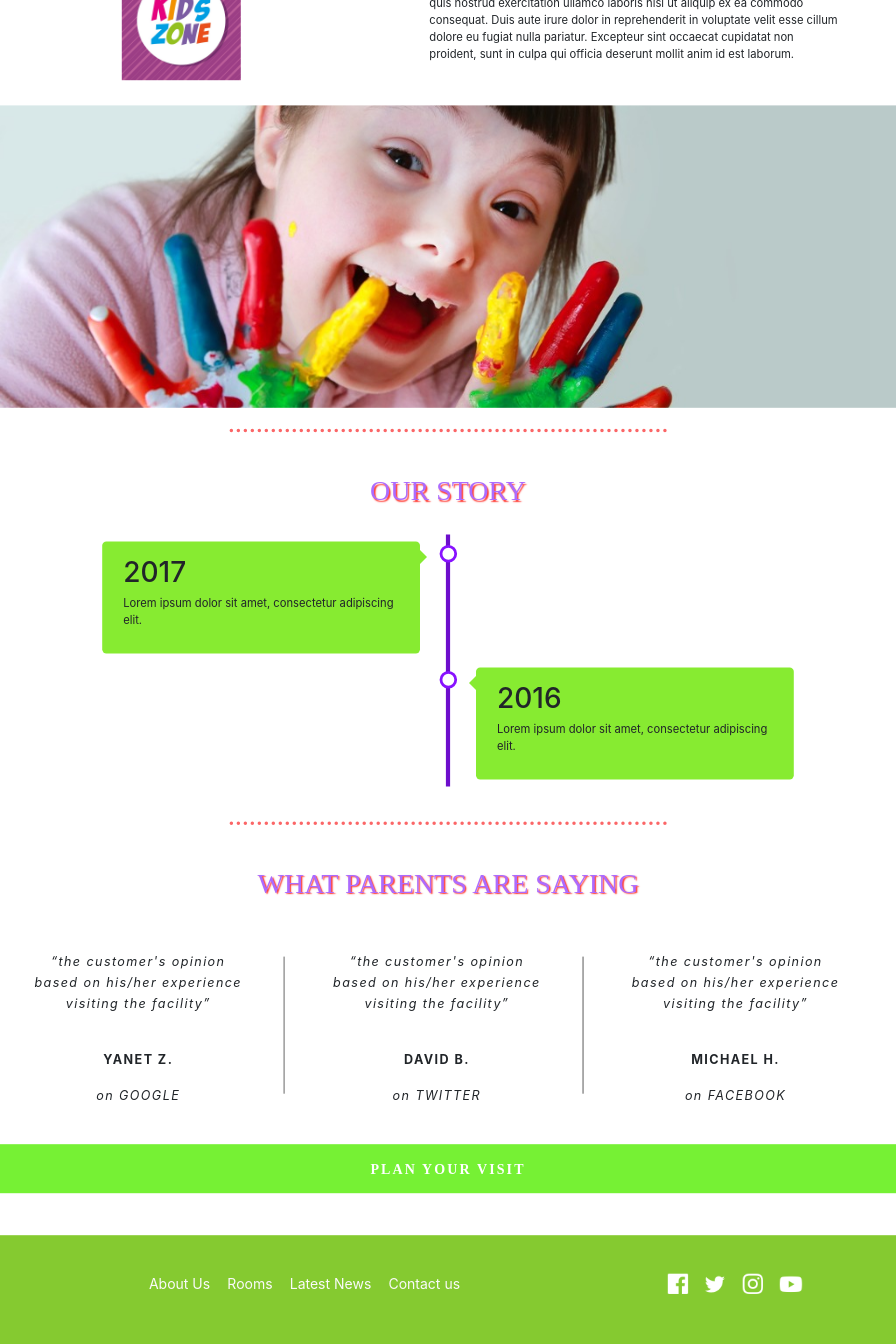
Repository: Code-Institute-Submissions/my-first-frontend-milestone-project
Page: about.html
The author's editor kept a record of every edit. The page is drawn from the files as they stood at one moment, then again after the next edit.
The browser window is 1280 px wide. The pictures show the part of the page from y = 752 to 2672 px (the page is 2672 px tall), at 70% of full size.
The pointer rests on the first visible `.planyourvisit-btn`.
Some web fonts or font styles are not loaded; a fallback is used.

Above is the page before.

After the next edit:
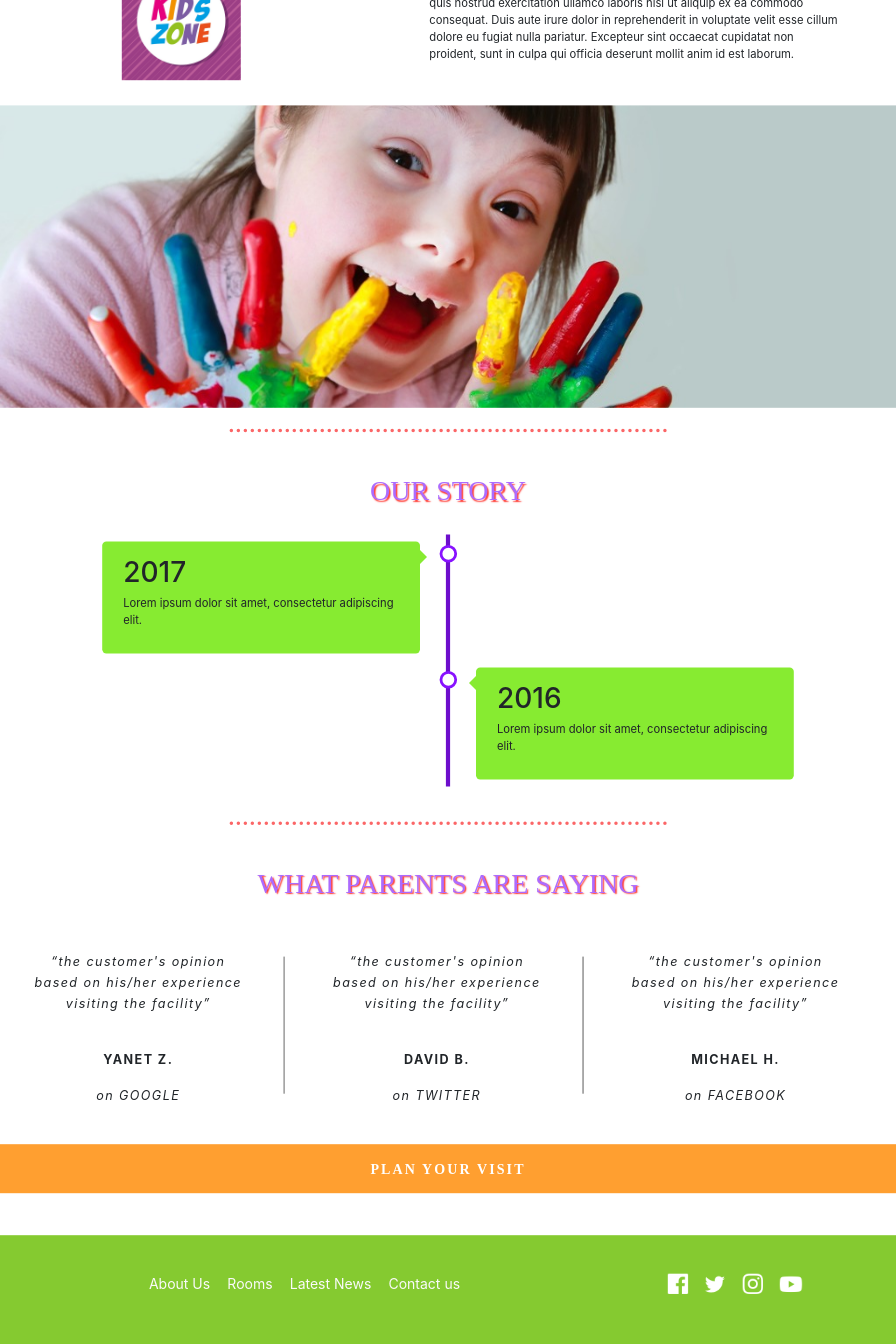
The edit:
--- a/css/style.css
+++ b/css/style.css
@@ -341,7 +341,7 @@
 }
 
 .planyourvisit-btn:hover {
-    background:#76F134;
+    background:#FF9F30;
     color:white;
     text-decoration: none;
 }
